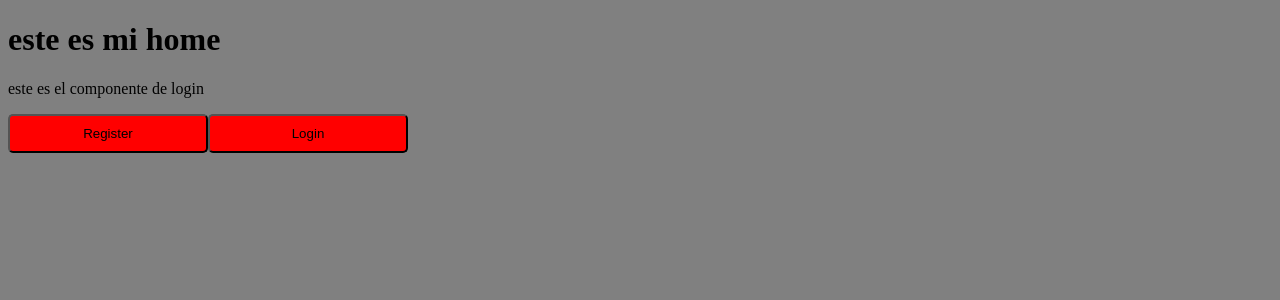
Repository: mauro8778/TurnoClinica
Page: / (app in front/vite-project/)
These files come from the project's save history. The page is drawn as it stood at one moment and after the next save; the edit follows.
The browser window is 1280 px wide. The pictures show the whole page.
The project was rebuilt for these pictures with package versions that can differ from the ones it lists, and the page was loaded fresh each time. Also part of the build but not shown: front/vite-project/vite.config.js.

Above is the page before, as saved 2024-04-12 10:22:25.

### front/vite-project/src/App.jsx

import Home from "./views/home";
import "./index.css"

function App() {


  return (
    <>


     <Home/>
    </>
  )
}

export default App

### front/vite-project/src/views/home.jsx
import NavBar from "../components/NavBar/NavBar"

const Home = () => {
    return(
       <>
        <h1>este es mi home</h1>
        <NavBar/>
       </>
    )

}
export default Home

### front/vite-project/src/index.css
body{

  background-color: grey;
}

### front/vite-project/src/components/NavBar/NavBar.jsx
import { CustomButton } from "../button/customBottonStyled";
import Login from "../login/login";
import Register from "../register/register";
import  "./NavBar.css";

const NavBar=()=>{

    return(
    <>
    <div className="NavBar">

    <Login/>
   <Register/>
   <CustomButton>Register</CustomButton>
   <CustomButton>Login</CustomButton>


    </div>

    </>)
}
export default NavBar;

### front/vite-project/src/components/button/customBottonStyled.jsx
import styled from "styled-components"

export const CustomButton = styled.button`
color: black;
width: 200px;
border-radius: 20px;
background-color: red;
padding: 10px;
border-radius: 5px;
  cursor: pointer;
  transition: transform 0.3s ease;
&:hover{
    background-color:white;
    transform: translateY(-5px);
}
`

### front/vite-project/src/components/login/login.jsx
const Login=()=> {
    return(
       <>
       <div>

    <p>
            este es el componente de login
    </p>

</div>
       </>
    )
}
export default Login;

### front/vite-project/src/components/register/register.jsx
const Register=()=>{
<>
<div>
<p>
    este es el componente de registro
</p>
</div>


</>

}

export default Register;

### front/vite-project/src/components/NavBar/NavBar.css
.body {
    background-color: #007bff;
    color: white;
    padding: 10px 20px;
  }

Loaded but not shown: front/vite-project/index.html (common file); front/vite-project/src/main.jsx (common file)

After the next save:
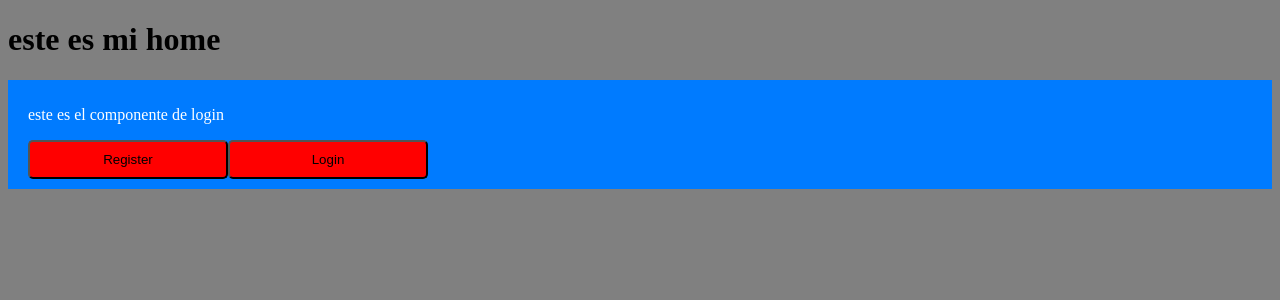
Saved 34 s later.
--- a/front/vite-project/src/components/NavBar/NavBar.css
+++ b/front/vite-project/src/components/NavBar/NavBar.css
@@ -1,4 +1,4 @@
-.body {
+.NavBar {
     background-color: #007bff;
     color: white;
     padding: 10px 20px;
